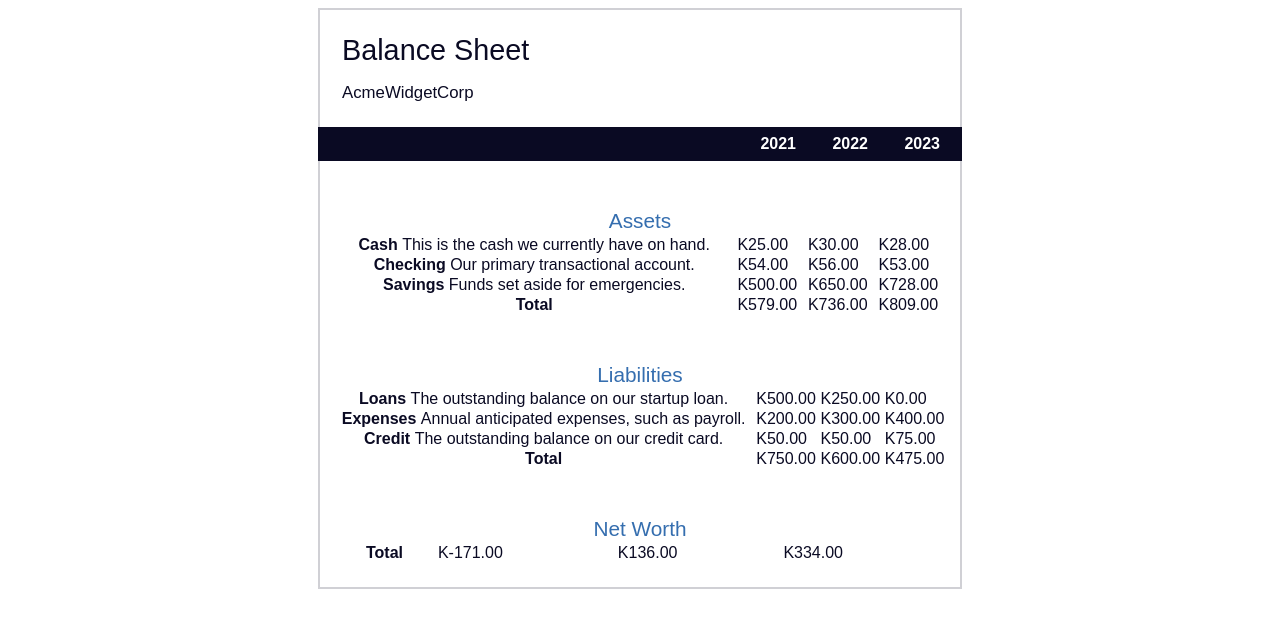
Repository: Lungdjos/balance_shee
Page: index.html
These files come from the project's save history. The page is drawn as it stood at one moment and after the next save; the edit follows.
The browser window is 1280 px wide. The pictures show the whole page.

Above is the page before, as saved 2023-11-04 22:14:18.

After the next save:
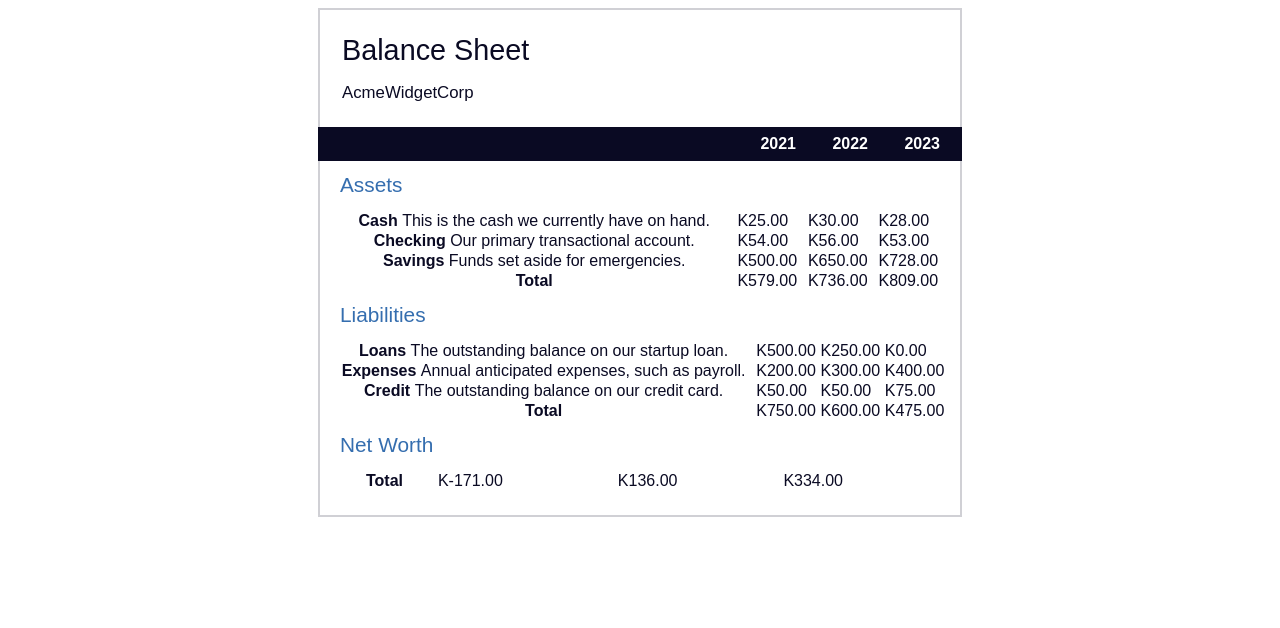
Saved 3 min 3 s later.
--- a/styles.css
+++ b/styles.css
@@ -89,4 +89,7 @@ table caption {
     color: #356eaf;
     font-weight: normal;
     font-size: 1.3em;
+    position: absolute;
+    top: -2.25rem;
+    left: .5rem;
 }
